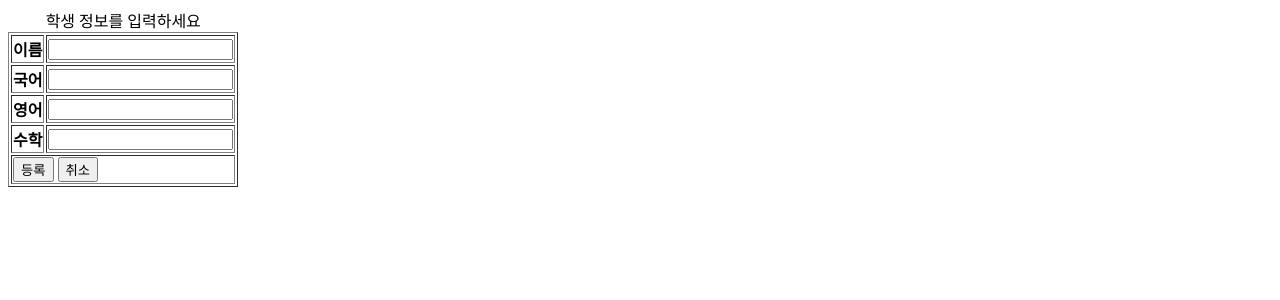
Repository: Heo-sh/Web_Development
Page: http://localhost/Ex_0417_sungjuk/sung_register.jsp
The author's editor kept a copy of each file at every save. The page is drawn from the files as they stood at one save, then again after the next save.
The browser window is 1280 px wide. The pictures show the whole page.
The page is served by Tomcat 9. Other server files are loaded and not shown.

Above is the page before, as saved 2023-04-17 07:52:56.

### Ex_0417_sungjuk/WebContent/sung_register.jsp
<%@ page language="java" contentType="text/html; charset=EUC-KR"
    pageEncoding="EUC-KR"%>
<!DOCTYPE html>
<html>
	<head>
		<meta charset="EUC-KR">
		<title>Insert title here</title>
	</head>
	<body>
		<form>
			<table border="1">
				<caption>학생 정보를 입력하세요</caption>
				<tr>
					<th>이름</th>
					<th>
						<input
							name="name"
						>
					</th>
				</tr>
				<tr>
					<th>국어</th>
					<th>
						<input
							name="kor"
						>
					</th>
				</tr>
				<tr>
					<th>영어</th>
					<th>
						<input
							name="eng"
						>
					</th>
				</tr>
				<tr>
					<th>수학</th>
					<th>
						<input
							name="mat"
						>
					</th>
				</tr>
				<tr>
					<td colspan="2">
						<input
							type="button"
							value="등록"
							onclick="send(this.form)"
						>
						<input
							type="button"
							value="취소"
							onclick="location.href='student.jsp'"
						>
					</td>
				</tr>
			</table>
		</form>
	</body>
</html>

After the next save:
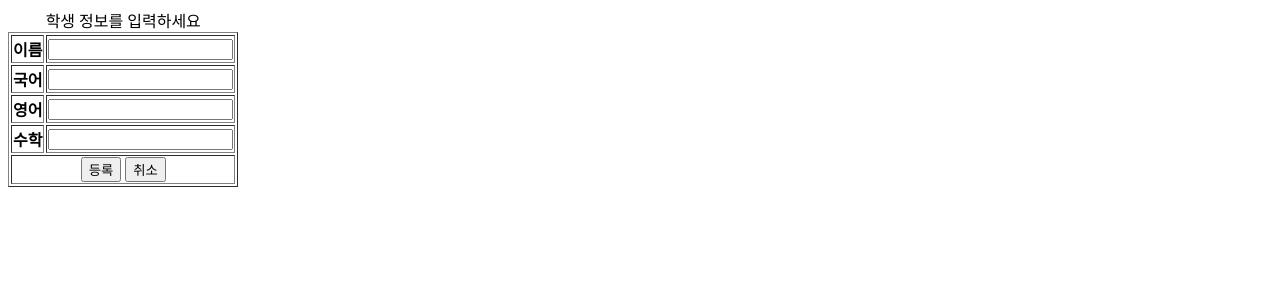
Saved 24 s later.
--- a/Ex_0417_sungjuk/WebContent/sung_register.jsp
+++ b/Ex_0417_sungjuk/WebContent/sung_register.jsp
@@ -43,7 +43,7 @@
 					</th>
 				</tr>
 				<tr>
-					<td colspan="2">
+					<td colspan="2" align="center">
 						<input
 							type="button"
 							value="등록"
